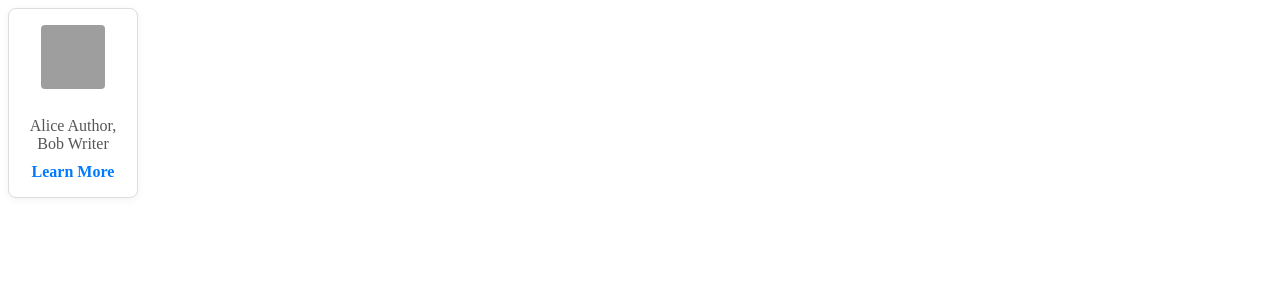
Repository: Micaelavalmores/BookCatalog
Page: /
The author's editor kept a copy of each file at every save. The page is drawn from the files as they stood at one save, then again after a run of saves.
The browser window is 1280 px wide. The pictures show the whole page.
Pictures or frames that could not be fetched are drawn as grey boxes. The project was rebuilt for these pictures with package versions that can differ from the ones it lists, and the page was loaded fresh each time. Also part of the build but not shown: vite.config.js, src/index.css.

Above is the page before, as saved 2025-09-16 22:48:29.

After the next 2 saves:
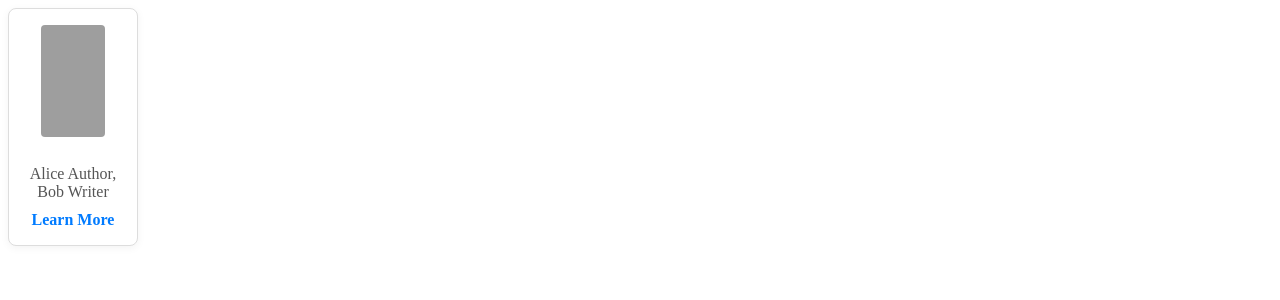
The 2 saves are shown as one change because they came seconds apart.
The last was saved 6 s later.
--- a/src/assets/book.css
+++ b/src/assets/book.css
@@ -12,7 +12,7 @@
 
   .book-image {
     width: 4em;
-    height: 4em;
+    height: 7em;
     object-fit: cover;
     margin-bottom: 12px;
     border-radius: 4px;
